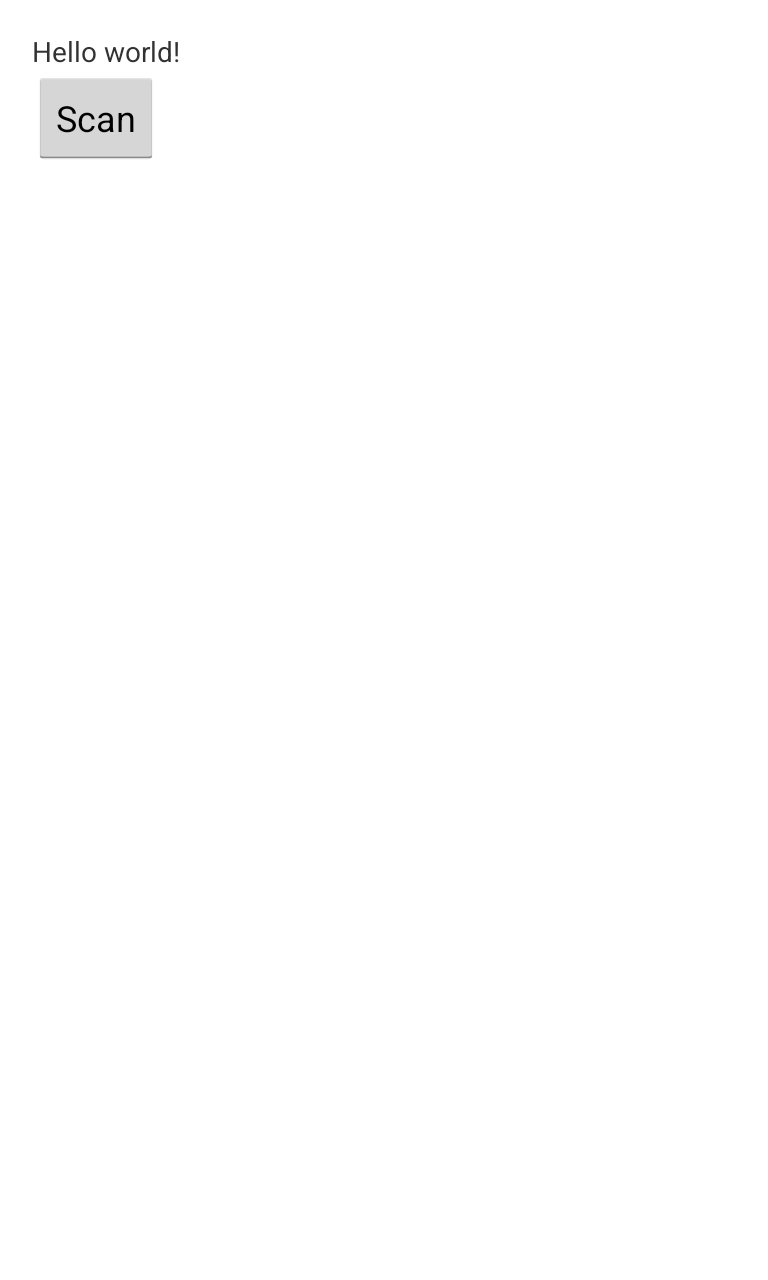
Repository: takuito/app_test
Layout: FiSBA/res/layout/Scan.xml
These files come from the project's save history. The layout is drawn as it stood at one moment and after the next save; the edit follows.
It is drawn on a 768 x 1280 px phone screen (xhdpi) without system bars, with theme AppTheme; the app's code is not run.

Above is the layout before, as saved 2013-11-26 16:27:50.

After the next save:
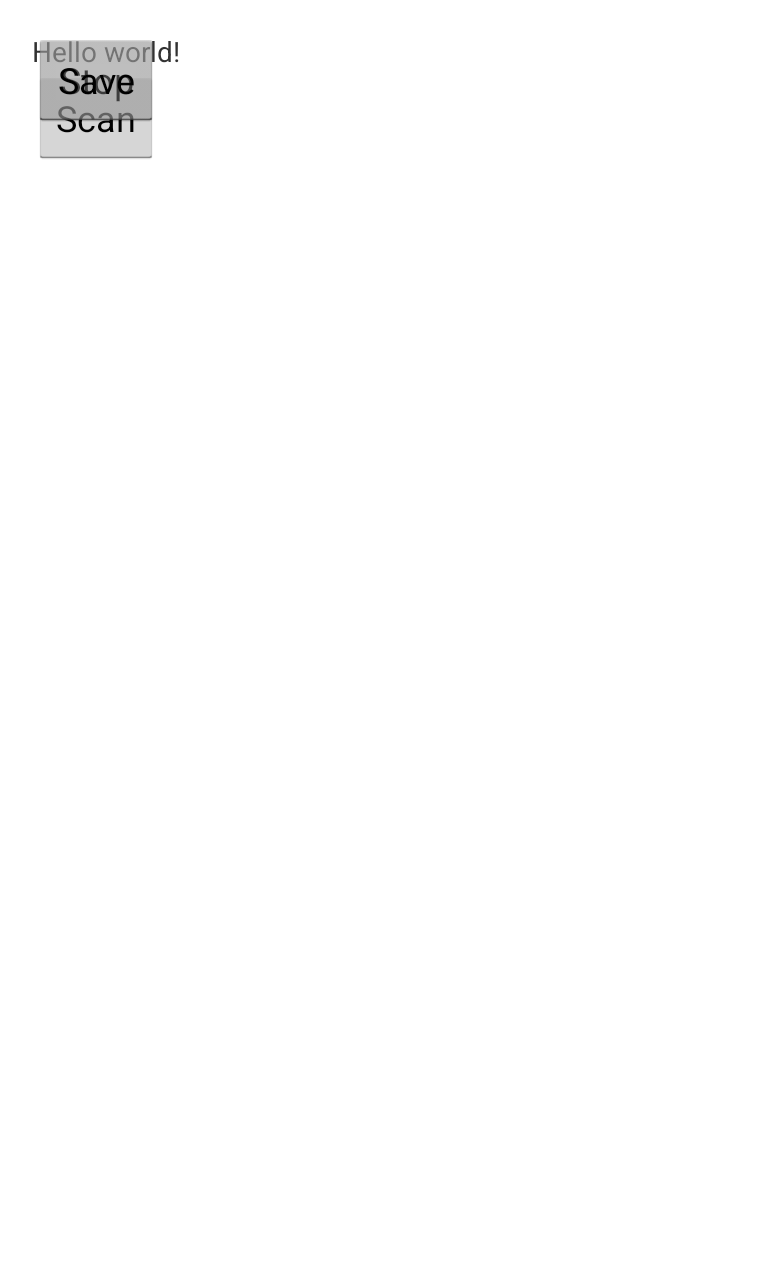
Saved 7 min 21 s later.
--- a/FiSBA/res/layout/Scan.xml
+++ b/FiSBA/res/layout/Scan.xml
@@ -15,10 +15,19 @@
         android:text="@string/hello_world" />
 
     <Button
-        android:id="@+id/scan_button"
+        android:id="@+id/btnScan"
         android:layout_width="wrap_content"
         android:layout_height="wrap_content"
         android:layout_below="@+id/text"
         android:text="Scan" />
-
+    <Button
+        android:id="@+id/btnStop"
+        android:layout_width="wrap_content"
+        android:layout_height="wrap_content"
+        android:text="Stop" />
+    <Button
+        android:id="@+id/btnSave"
+        android:layout_width="wrap_content"
+        android:layout_height="wrap_content"
+        android:text="Save" />
 </RelativeLayout>
